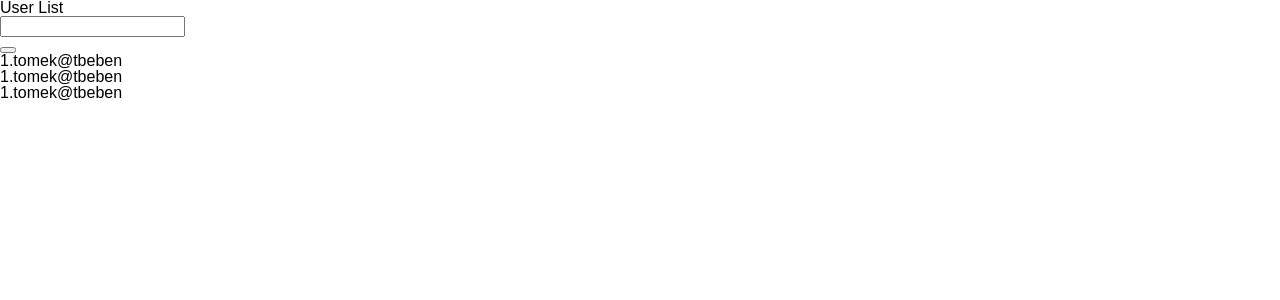
Repository: TomaszBeben/FirstTypescript
Page: /
The author's editor kept a copy of each file at every save. The page is drawn from the files as they stood at one save, then again after the next save.
The browser window is 1280 px wide. The pictures show the whole page.
The page's requests for data from a server got no answer. The project was rebuilt for these pictures with package versions that can differ from the ones it lists, and the page was loaded fresh each time. No one was signed in, and anything a server would have sent is missing.

Above is the page before, as saved 2021-12-11 14:18:38.

After the next save:
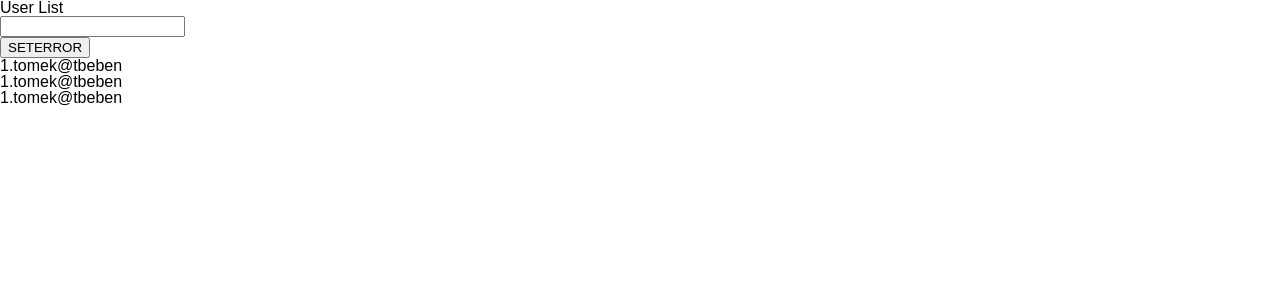
Saved 9 s later.
--- a/src/components/list/List.tsx
+++ b/src/components/list/List.tsx
@@ -16,7 +16,7 @@ const List = () => {
     console.log(error);
     return (
         <ul>
-            <button onClick={() => {setError('2')}}></button>
+            <button onClick={() => {setError('2')}}>SETERROR</button>
             <li style={{display: 'flex', flexDirection: 'row'}}>
                 <p>1.</p>
                 <h1>tomek</h1>
